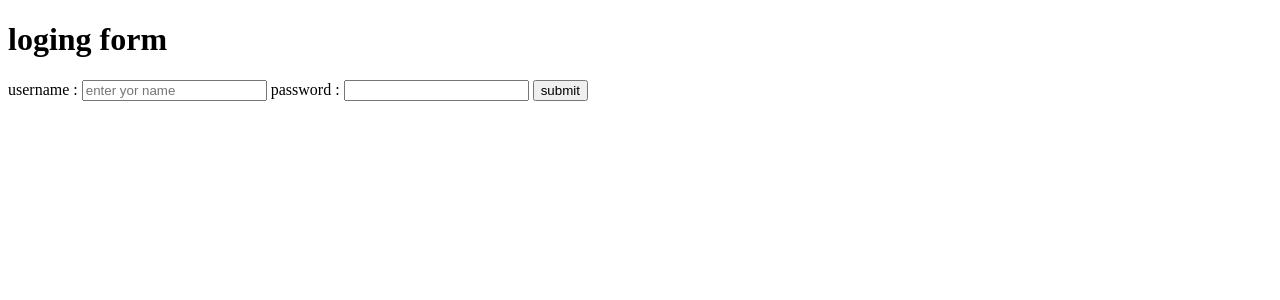
Repository: roshanpatil37407/Full_Stack_Java
Page: Roshans/src/main/webapp/loging.html
These files come from the project's save history. The page is drawn as it stood at one moment and after the next save; the edit follows.
The browser window is 1280 px wide. The pictures show the whole page.

Above is the page before, as saved 2025-09-29 11:03:17.

After the next save:
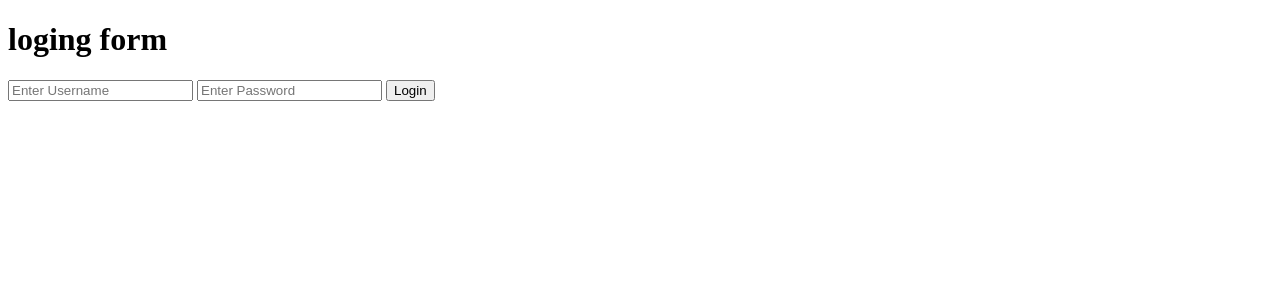
Saved 2 min 33 s later.
--- a/Roshans/src/main/webapp/loging.html
+++ b/Roshans/src/main/webapp/loging.html
@@ -6,8 +6,11 @@
 </head>
 <body>
 <h1>loging form </h1>
- username : <input type="text" name="name" placeholder="enter yor name">
- password : <input type="password">
- <button>submit</button>
+<form action="servlet" method="post">
+    <input type="text" name="username" placeholder="Enter Username">
+    <input type="password" name="password" placeholder="Enter Password">
+    <button type="submit">Login</button>
+</form>
+
 </body>
 </html>
